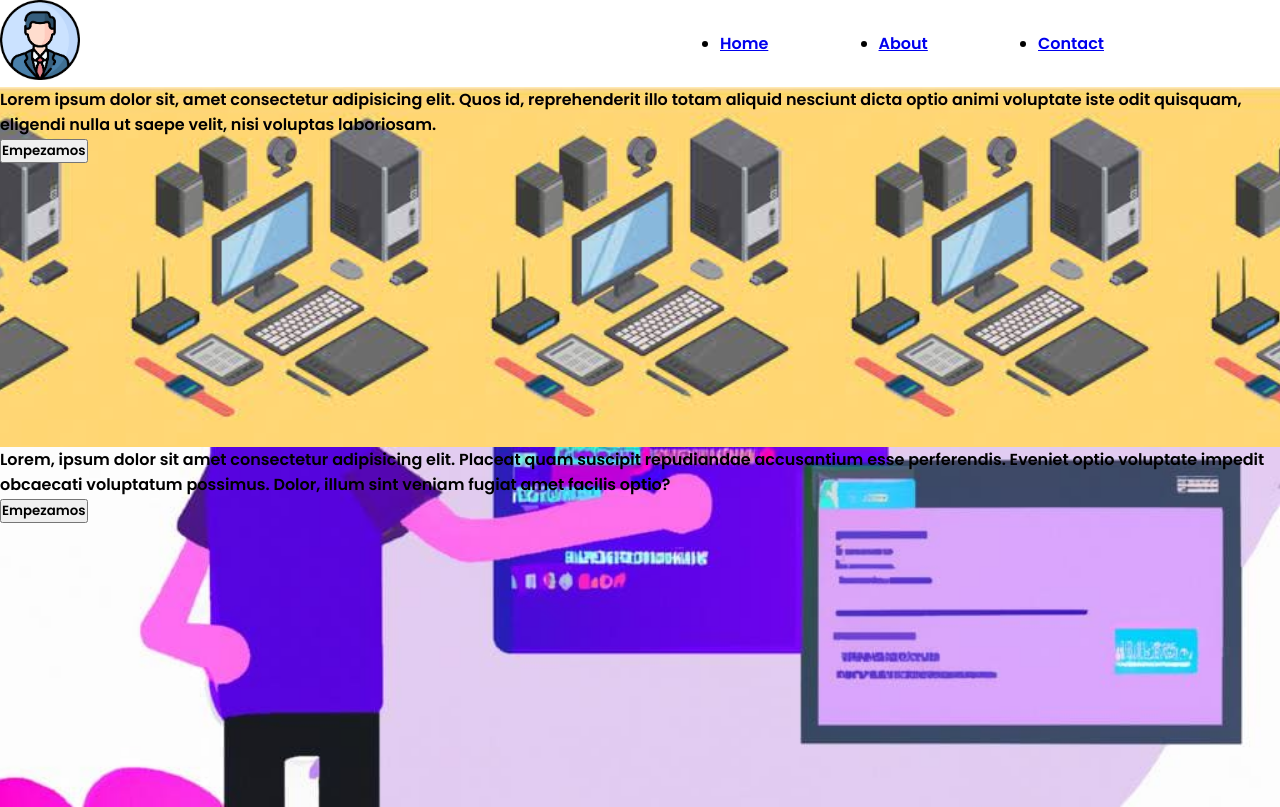
Repository: Sxcram02/projects
Page: screen-split/index.html
An editor plug-in stored every save of this project. The page is shown before and after the next save, followed by the edit.
The browser window is 1280 px wide. The pictures show the whole page.

Above is the page before, as saved 2023-03-17 00:29:45.

### screen-split/index.html
<!DOCTYPE html>
<html lang="en">
<head>
    <meta charset="UTF-8">
    <meta http-equiv="X-UA-Compatible" content="IE=edge">
    <meta name="viewport" content="width=device-width, initial-scale=1.0">
    <link rel="stylesheet" href="https://cdn.jsdelivr.net/npm/boxicons@latest/css/boxicons.min.css">
    <link rel="stylesheet" href="style/index.css" type="text/css">
    <title>Screen Split</title>
</head>
<body>
    <div class="root-element">
    <header>
        <div class="image-perfil">
            <img src="media/Sin título.png" class="photoPerfil" alt="">
        </div>
        <nav>
            <ul>
                <li><a href="/index.html">Home</a></li>
                <li><a href="#">About</a></li>
                <li><a href="#">Contact</a></li>
            </ul>
        </nav>
    </header>
    <main>
        <aside class="box-text">
            <div class="image-filterHard">
            <p>Lorem ipsum dolor sit, amet consectetur adipisicing elit. Quos id, reprehenderit illo totam aliquid nesciunt dicta optio animi voluptate iste odit quisquam, eligendi nulla ut saepe velit, nisi voluptas laboriosam.</p>
            <button>Empezamos</button>
            </div>
        </aside>
        <aside class="box-software">
            <div class="image-filterSoft">
            <p>Lorem, ipsum dolor sit amet consectetur adipisicing elit. Placeat quam suscipit repudiandae accusantium esse perferendis. Eveniet optio voluptate impedit obcaecati voluptatum possimus. Dolor, illum sint veniam fugiat amet facilis optio?</p>
            <button>Empezamos</button>
            </div>
        </aside>
    </main>
    </div>
</body>
</html>

### screen-split/style/index.css
@import url('https://fonts.googleapis.com/css2?family=Poppins:ital,wght@0,600;0,700;0,800;1,700&display=swap');

* {
    padding: 0;
    margin: 0;
    box-sizing: border-box;
    font-family: 'Poppins',sans-serif;
}

header {
    width: 100vw;
    display: flex;
    justify-content: start;
    align-items: center;
}

.photoPerfil {
    width: 80px;
}

nav {
    margin-left: 50%;
    width: 30%;
}

nav ul {
    display: flex;
    justify-content: space-between;
    align-items: center;
}

main {
    width:100vw;
    height: 50vh;
}

aside {
    width: 100%;
    height: 100%;
}

.box-text {
    background-image: url(../media/hardware.jpeg);
    background-position: center;
    background-size: contain;
}

.box-software {
    background-image: url(../media/software.jpg);
    background-position: center;
    background-size: cover;
}

.image-filteHard {
    width: 100%;
    background-color: cornflowerblue;
}

/* @media screen and (min-width:1000px){
    nav {
        width: 50%;
    }

    main {
        flex-direction: row;
    }

    div {
        width: 50%;
        height: 100vh;
    }
} */

After the next save:
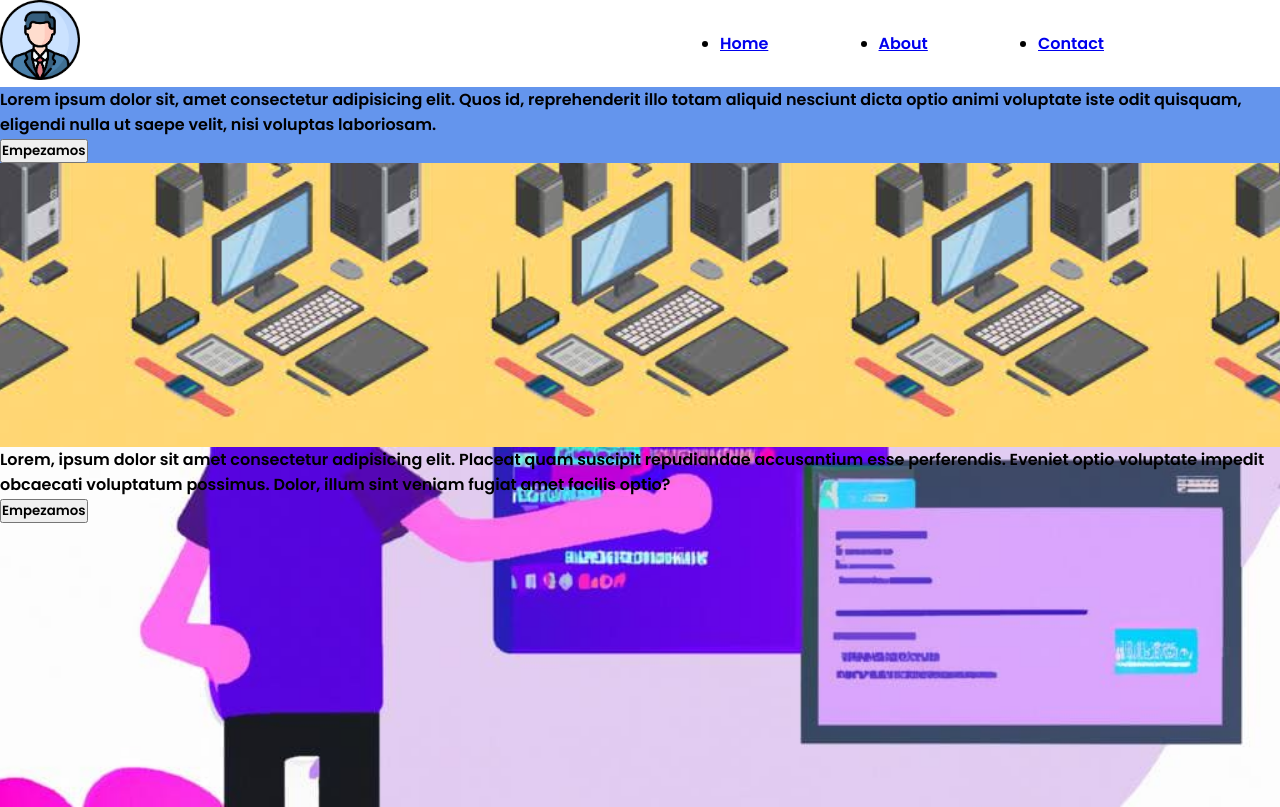
Saved 12 s later.
--- a/screen-split/style/index.css
+++ b/screen-split/style/index.css
@@ -51,7 +51,7 @@ aside {
     background-size: cover;
 }
 
-.image-filteHard {
+.image-filterHard {
     width: 100%;
     background-color: cornflowerblue;
 }
